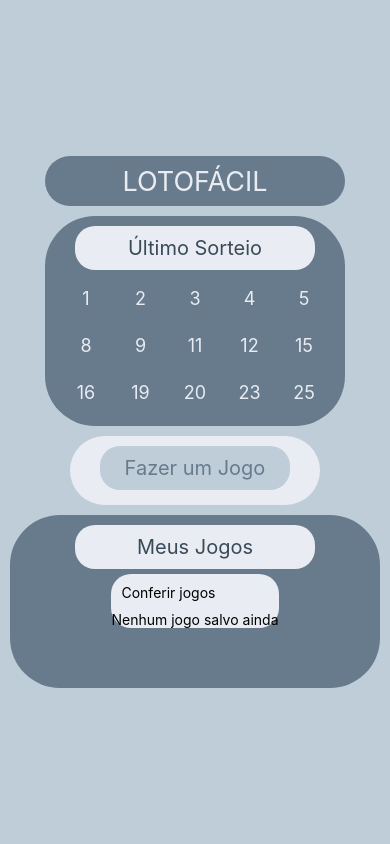
Repository: Deyvid-Kasteh/LotofacilApp
Screen: /
These files come from the project's save history. The screen is drawn as it stood at one moment and after the next save; the edit follows.
The app was drawn by React Native's web renderer in a window 390 px wide. The project was rebuilt for these pictures with package versions that can differ from the ones it lists, and the page was loaded fresh each time. Also part of the build but not shown: Bolhas.js, components/Resultado.js, components/Jogo.js, paginaTESTE.js, paginaTESTE2.js, SeuComponentePai.js, components/ResultadoTexte2.js.

Above is the screen before, as saved 2023-12-02 23:20:25.

After the next save:
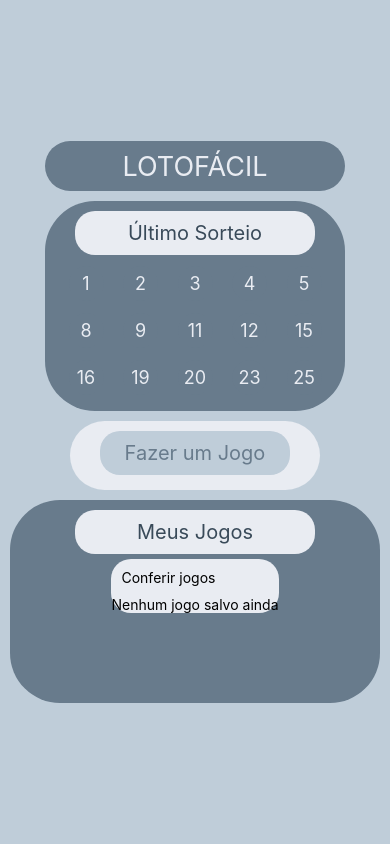
Saved 15 s later.
--- a/components/MostrarJogosSalvos.js
+++ b/components/MostrarJogosSalvos.js
@@ -50,7 +50,7 @@
         borderRadius: 20,
         // margin: 10,
         backgroundColor: Cores.cor1,
-        marginBottom: 50,
+        marginBottom: 80,
       }}
     >
       <View
